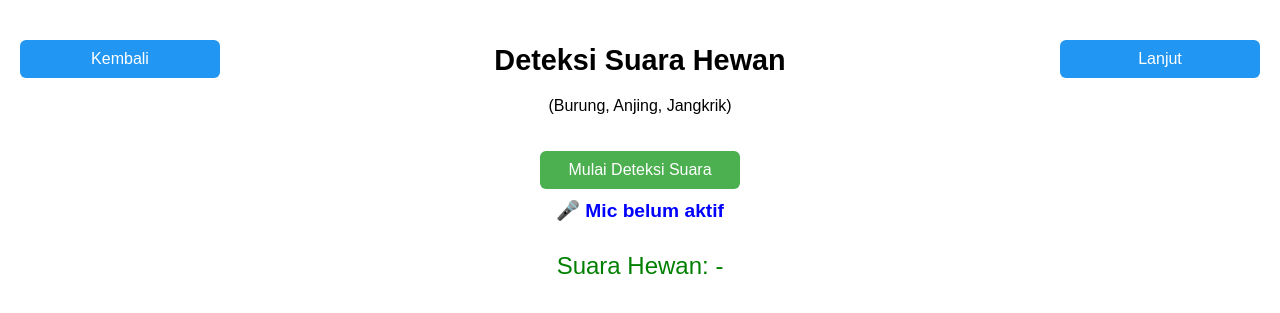
Repository: RalfyBawinto/working-teachable-machine
Page: audio-hewan.html
These files come from the project's save history. The page is drawn as it stood at one moment and after the next save; the edit follows.
The browser window is 1280 px wide. The pictures show the whole page.

Above is the page before, as saved 2025-04-22 21:24:21.

After the next save:
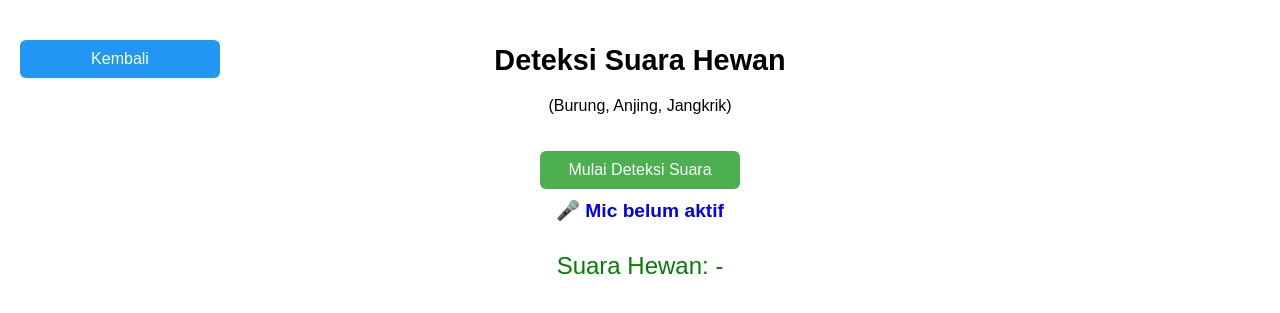
Saved 81 s later.
--- a/audio-hewan.html
+++ b/audio-hewan.html
@@ -16,13 +16,6 @@
         onclick="window.location.href='index.html'"
       >
         Kembali
-      </button>
-      <button
-        id="next-button"
-        class="nav-button"
-        onclick="window.location.href='audio-hewan.html'"
-      >
-        Lanjut
       </button>
     </div>
 
